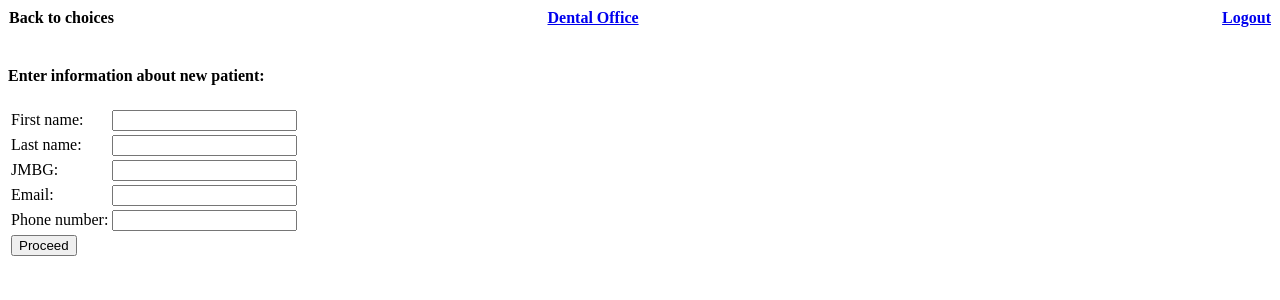
Repository: ThEgIGN/DentalOfficeWebApplication
Page: http://localhost/DentalOfficeWEB/dentists/dentistCreatePatient.jsp
An editor plug-in stored every save of this project. The page is shown before and after the next save, followed by the edit.
The browser window is 1280 px wide. The pictures show the whole page.
The page is served by Tomcat 9. Nobody is signed in. The application's start-up code is not run. Other server files are loaded and not shown.

Above is the page before, as saved 2023-06-16 10:36:54.

### DentalOfficeProject/DentalOfficeWEB/src/main/webapp/dentists/dentistCreatePatient.jsp
<%@ page language="java" contentType="text/html; charset=ISO-8859-1"
	pageEncoding="ISO-8859-1"%>
<!DOCTYPE html>
<html>
<head>
<meta charset="ISO-8859-1">
<title>Create new patient</title>
</head>
<body>
	<table style="width: 100%; border-collapse: collapse;">
		<tr>
			<td style="text-align: left"><b>Back to choices</b></td>
			<td><b><a href="/DentalOfficeWEB/index.jsp">Dental
						Office</a></b></td>

			<td style="text-align: right"><b><a
					href="/DentalOfficeWEB/LogoutServlet">Logout</a></b></td>

		</tr>
	</table>
	<br>
	<h4>Enter information about new patient:</h4>
	<form action="/DentalOfficeWEB/CreatePatientServlet" method="post">
		<input type="hidden" name="targetJSP"
			value="/dentists/dentistCreatePatient.jsp">
		<table>
			<tr>
				<td>First name:</td>
				<td><input type="text" name="firstName"></td>
			</tr>
			<tr>
				<td>Last name:</td>
				<td><input type="text" name="lastName"></td>
			</tr>
			<tr>
				<td>JMBG:</td>
				<td><input type="text" name="jmbg"></td>
			</tr>
			<tr>
				<td>Email:</td>
				<td><input type="text" name="email"></td>
			</tr>
			<tr>
				<td>Phone number:</td>
				<td><input type="text" name=phoneNumber></td>
			</tr>
			<tr>
				<td><input type="submit" value="Proceed"></td>
			</tr>
		</table>
	</form>
	<h3>${messageCreatePatient}</h3>
</body>
</html>

After the next save:
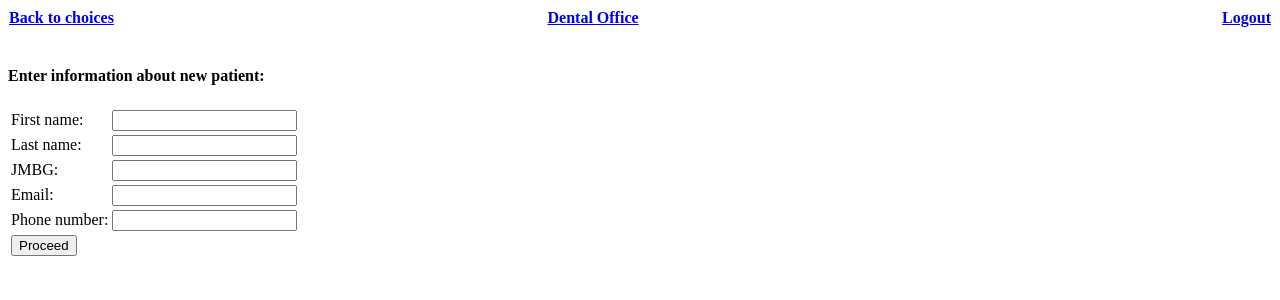
Saved 6 s later.
--- a/DentalOfficeProject/DentalOfficeWEB/src/main/webapp/dentists/dentistCreatePatient.jsp
+++ b/DentalOfficeProject/DentalOfficeWEB/src/main/webapp/dentists/dentistCreatePatient.jsp
@@ -9,13 +9,12 @@
 <body>
 	<table style="width: 100%; border-collapse: collapse;">
 		<tr>
-			<td style="text-align: left"><b>Back to choices</b></td>
+			<td style="text-align: left"><b><a
+					href="/DentalOfficeWEB/ReturnToChoicesServlet">Back to choices</a></b></td>
 			<td><b><a href="/DentalOfficeWEB/index.jsp">Dental
 						Office</a></b></td>
-
 			<td style="text-align: right"><b><a
 					href="/DentalOfficeWEB/LogoutServlet">Logout</a></b></td>
-
 		</tr>
 	</table>
 	<br>
